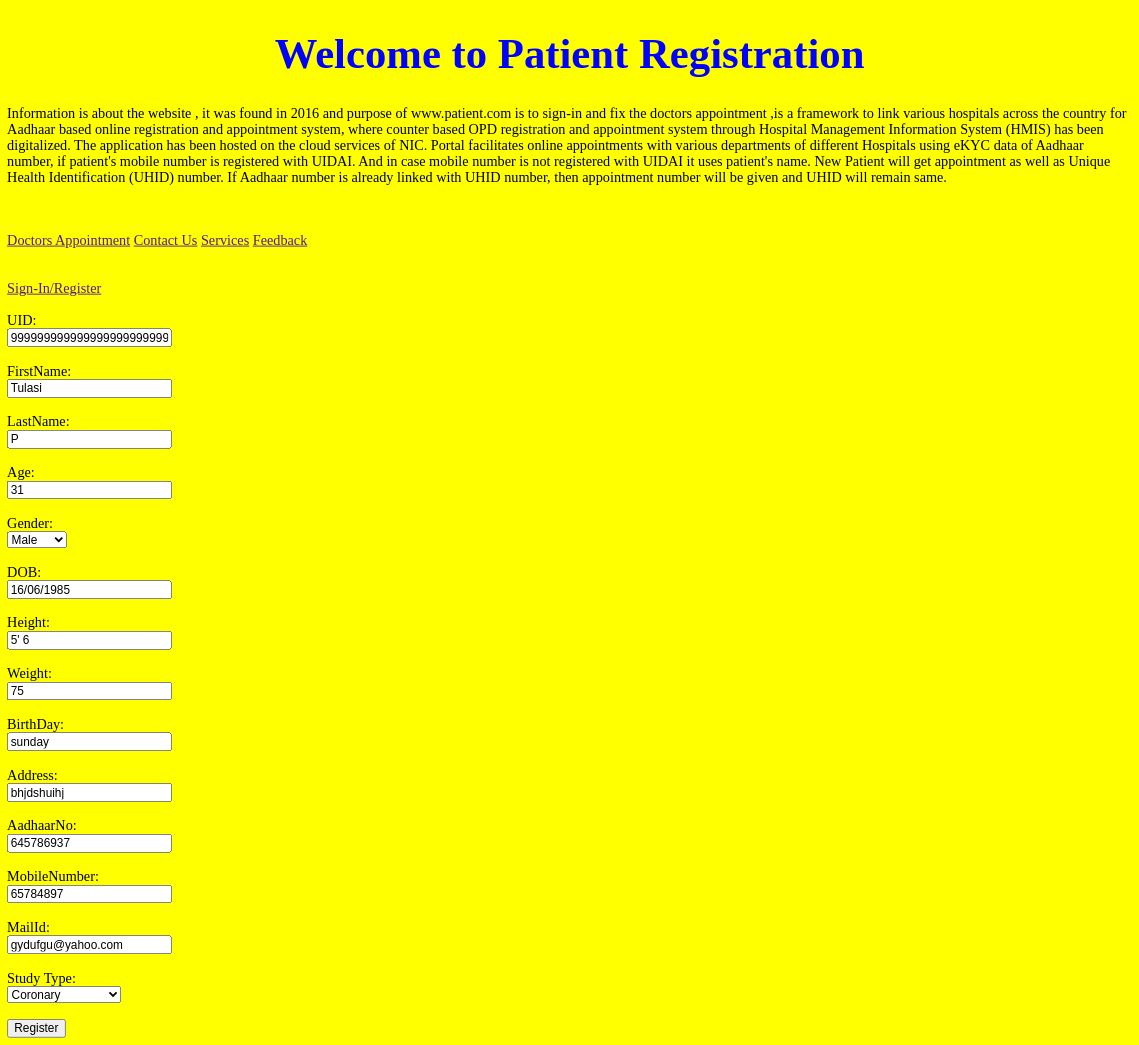
Repository: TulasiP/PE
Page: http://localhost/patientexplorer/
The author's editor kept a copy of each file at every save. The page is drawn from the files as they stood at one save, then again after the next save.
The browser window is 1280 px wide. The pictures show the whole page, at 89% of full size.
The page is served by Tomcat 9.

Above is the page before, as saved 2016-10-27 15:19:38.

After the next save:
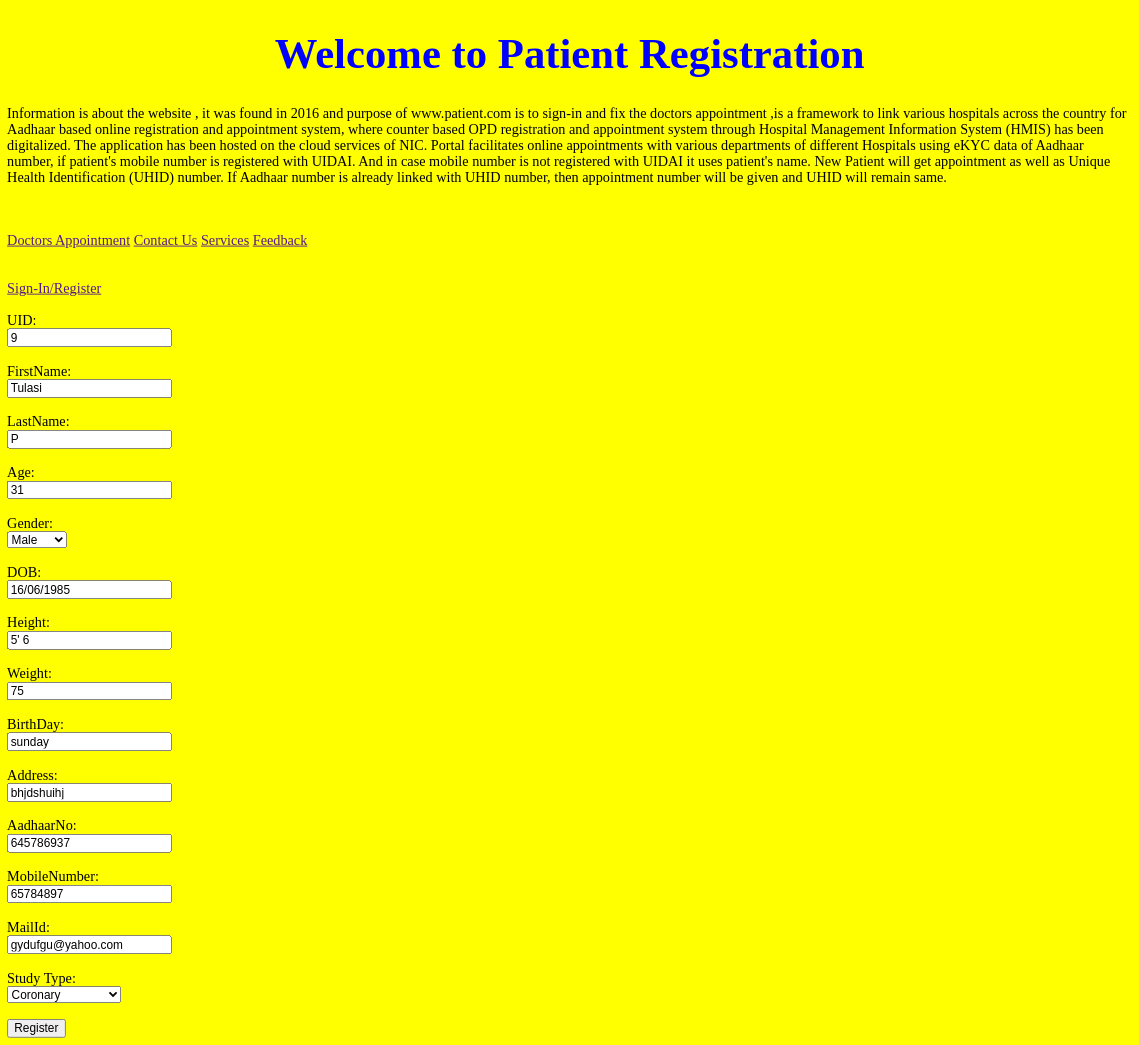
Saved 56 min 7 s later.
--- a/SourceCode/J2EE/patientexplorer/WebContent/patientdata.jsp
+++ b/SourceCode/J2EE/patientexplorer/WebContent/patientdata.jsp
@@ -19,7 +19,7 @@
 <br><br>
 <form action="patientservlet">
 <div style="color: #FF0000;">${errorMessage}</div>
-UID:<br><input type="text" name="uid" value=9999999999999999999999999999>
+UID:<br><input type="text" name="uid" value=9>
 <br><br>
 FirstName:<br><input type="text" name="firstname" value=Tulasi>
   <br><br>
